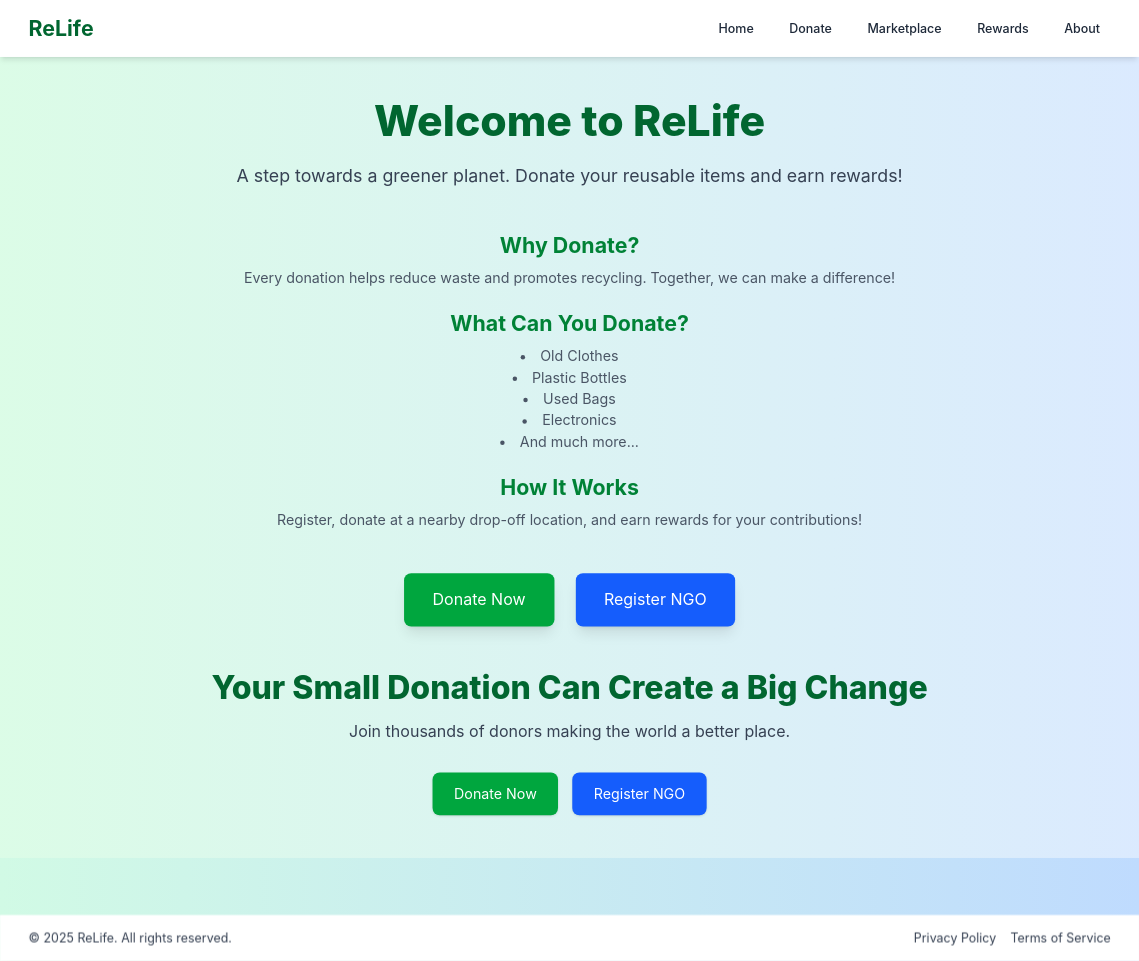
Repository: Harsh-verma24/edonation-drive
Page: / (app in frontend/)
An editor plug-in stored every save of this project. The page is shown before and after the next save, followed by the edit.
The browser window is 1280 px wide. The pictures show the whole page, at 89% of full size.
The project was rebuilt for these pictures with package versions that can differ from the ones it lists, and the page was loaded fresh each time. Also part of the build but not shown: frontend/vite.config.js, frontend/src/utils/axiosInstance.js, frontend/src/pages/Donate.jsx, frontend/src/pages/Rewards.jsx, frontend/src/pages/Marketplace.jsx, frontend/src/pages/About.jsx.

Above is the page before, as saved 2025-10-15 22:18:03.

### frontend/src/main.jsx
import { StrictMode } from 'react'
import { createRoot } from 'react-dom/client'
import './index.css'
import App from './App.jsx'
import { createBrowserRouter, RouterProvider } from 'react-router-dom';
import Navbar from './components/Navbar';
import Home from './pages/Home';
import Donate from './pages/Donate';
import Rewards from './pages/Rewards';
import Marketplace from './pages/Marketplace';
import About from './pages/About';

const router = createBrowserRouter([
  {
    path: '/',
    element: <App />, // Wrap all routes with App to include Navbar and Footer
    children: [
      { path: '/', element: <Home /> },
      { path: '/donate', element: <Donate /> },
      { path: '/rewards', element: <Rewards /> },
      { path: '/marketplace', element: <Marketplace /> },
      { path: '/about', element: <About /> }, // Add route for About page
    ],
  },
]);

createRoot(document.getElementById('root')).render(
  <StrictMode>
    <RouterProvider router={router} />
  </StrictMode>,
)

### frontend/src/index.css
@import "tailwindcss";

@layer base {
  :root {
    --primary-color: #16a34a; /* Green */
    --secondary-color: #2563eb; /* Blue */
    --background-gradient: linear-gradient(to right, #d1fae5, #bfdbfe);
    --text-color: #374151; /* Gray */
  }
}

body {
  background: var(--background-gradient);
  color: var(--text-color);
  font-family: 'Inter', sans-serif;
}

### frontend/src/App.jsx
import React from 'react';
import Navbar from './components/Navbar';
import Footer from './components/Footer';
import { Outlet } from 'react-router-dom';

function App() {
  return (
    <div className="relative min-h-screen">
      <Navbar />
      <main className="pt-16 pb-16">{/* Adjust padding to account for fixed Navbar and Footer */}
        <Outlet />
      </main>
      <Footer />
    </div>
  );
}

export default App;

### frontend/src/components/Navbar.jsx
import React, { useState } from 'react';
import { Menu, X } from 'lucide-react';

const Navbar = () => {
  const [isOpen, setIsOpen] = useState(false);

  const toggleDrawer = () => {
    setIsOpen(!isOpen);
  };

  return (
    <nav className="bg-white bg-opacity-30 backdrop-blur-md shadow-md fixed top-0 left-0 w-full z-50">
      <div className="max-w-7xl mx-auto px-4 sm:px-6 lg:px-8">
        <div className="flex items-center justify-between h-16">
          <div className="flex-shrink-0">
            <a href="/" className="text-2xl font-bold text-green-800">ReLife</a>
          </div>
          <div className="md:hidden">
            <button onClick={toggleDrawer} className="text-gray-800 hover:text-green-600 focus:outline-none">
              {isOpen ? <X size={24} /> : <Menu size={24} />}
            </button>
          </div>
          <div className={`md:flex md:items-center md:space-x-4 ${isOpen ? 'block' : 'hidden'} absolute md:static top-16 left-0 w-full md:w-auto bg-white md:bg-transparent shadow-md md:shadow-none`}>
            <a href="/" className="block text-gray-800 hover:text-green-600 px-3 py-2 rounded-md text-sm font-medium">Home</a>
            <a href="/donate" className="block text-gray-800 hover:text-green-600 px-3 py-2 rounded-md text-sm font-medium">Donate</a>
            <a href="/marketplace" className="block text-gray-800 hover:text-green-600 px-3 py-2 rounded-md text-sm font-medium">Marketplace</a>
            <a href="/rewards" className="block text-gray-800 hover:text-green-600 px-3 py-2 rounded-md text-sm font-medium">Rewards</a>
            <a href="/about" className="block text-gray-800 hover:text-green-600 px-3 py-2 rounded-md text-sm font-medium">About</a>
          </div>
        </div>
      </div>
    </nav>
  );
};

export default Navbar;

### frontend/src/pages/Home.jsx
import React from 'react';
import { motion } from 'framer-motion';

const Home = () => {
  return (
    <div className="p-12 bg-gradient-to-r from-green-100 to-blue-100 min-h-screen">
      <motion.div
        className="text-center max-w-4xl mx-auto"
        initial={{ opacity: 0, y: -50 }}
        animate={{ opacity: 1, y: 0 }}
        transition={{ duration: 0.8 }}
      >
        <h1 className="text-5xl font-extrabold text-green-800">Welcome to ReLife</h1>
        <p className="mt-6 text-gray-700 text-xl">A step towards a greener planet. Donate your reusable items and earn rewards!</p>
        <div className="mt-12 text-center">
          <h2 className="text-2xl font-bold text-green-700">Why Donate?</h2>
          <p className="mt-2 text-gray-600">Every donation helps reduce waste and promotes recycling. Together, we can make a difference!</p>
          <h2 className="mt-6 text-2xl font-bold text-green-700">What Can You Donate?</h2>
          <ul className="mt-2 text-gray-600 list-disc list-inside">
            <li>Old Clothes</li>
            <li>Plastic Bottles</li>
            <li>Used Bags</li>
            <li>Electronics</li>
            <li>And much more...</li>
          </ul>
          <h2 className="mt-6 text-2xl font-bold text-green-700">How It Works</h2>
          <p className="mt-2 text-gray-600">Register, donate at a nearby drop-off location, and earn rewards for your contributions!</p>
        </div>
        <div className="mt-12 flex justify-center space-x-6">
          <motion.a
            href="/donate"
            className="bg-green-600 text-white px-8 py-4 rounded-lg shadow-lg hover:bg-green-700 text-lg"
            whileHover={{ scale: 1.1 }}
          >
            Donate Now
          </motion.a>
          <motion.a
            href="/register-ngo"
            className="bg-blue-600 text-white px-8 py-4 rounded-lg shadow-lg hover:bg-blue-700 text-lg"
            whileHover={{ scale: 1.1 }}
          >
            Register NGO
          </motion.a>
        </div>
        <div className="mt-12 text-center">
          <h1 className="text-4xl font-extrabold text-green-800">Your Small Donation Can Create a Big Change</h1>
          <p className="mt-4 text-gray-700 text-lg">Join thousands of donors making the world a better place.</p>
          <div className="mt-8 flex justify-center space-x-4">
            <motion.a
              href="/donate"
              className="bg-green-600 text-white px-6 py-3 rounded-lg shadow hover:bg-green-700"
              whileHover={{ scale: 1.1 }}
            >
              Donate Now
            </motion.a>
            <motion.a
              href="/register-ngo"
              className="bg-blue-600 text-white px-6 py-3 rounded-lg shadow hover:bg-blue-700"
              whileHover={{ scale: 1.1 }}
            >
              Register NGO
            </motion.a>
          </div>
        </div>
      </motion.div>
    </div>
  );
};

export default Home;

### frontend/src/components/Footer.jsx
import React from 'react';

const Footer = () => {
  return (
    <footer className="bg-white bg-opacity-30 backdrop-blur-md shadow-md relative bottom-0 left-0 w-full">
      <div className="max-w-7xl mx-auto px-4 sm:px-6 lg:px-8 py-4">
        <div className="flex justify-between items-center">
          <p className="text-gray-700 text-sm">&copy; 2025 ReLife. All rights reserved.</p>
          <div className="flex space-x-4">
            <a href="#" className="text-gray-700 hover:text-green-600 text-sm">Privacy Policy</a>
            <a href="#" className="text-gray-700 hover:text-green-600 text-sm">Terms of Service</a>
          </div>
        </div>
      </div>
    </footer>
  );
};

export default Footer;

Loaded but not shown: frontend/index.html (common file)

After the next save:
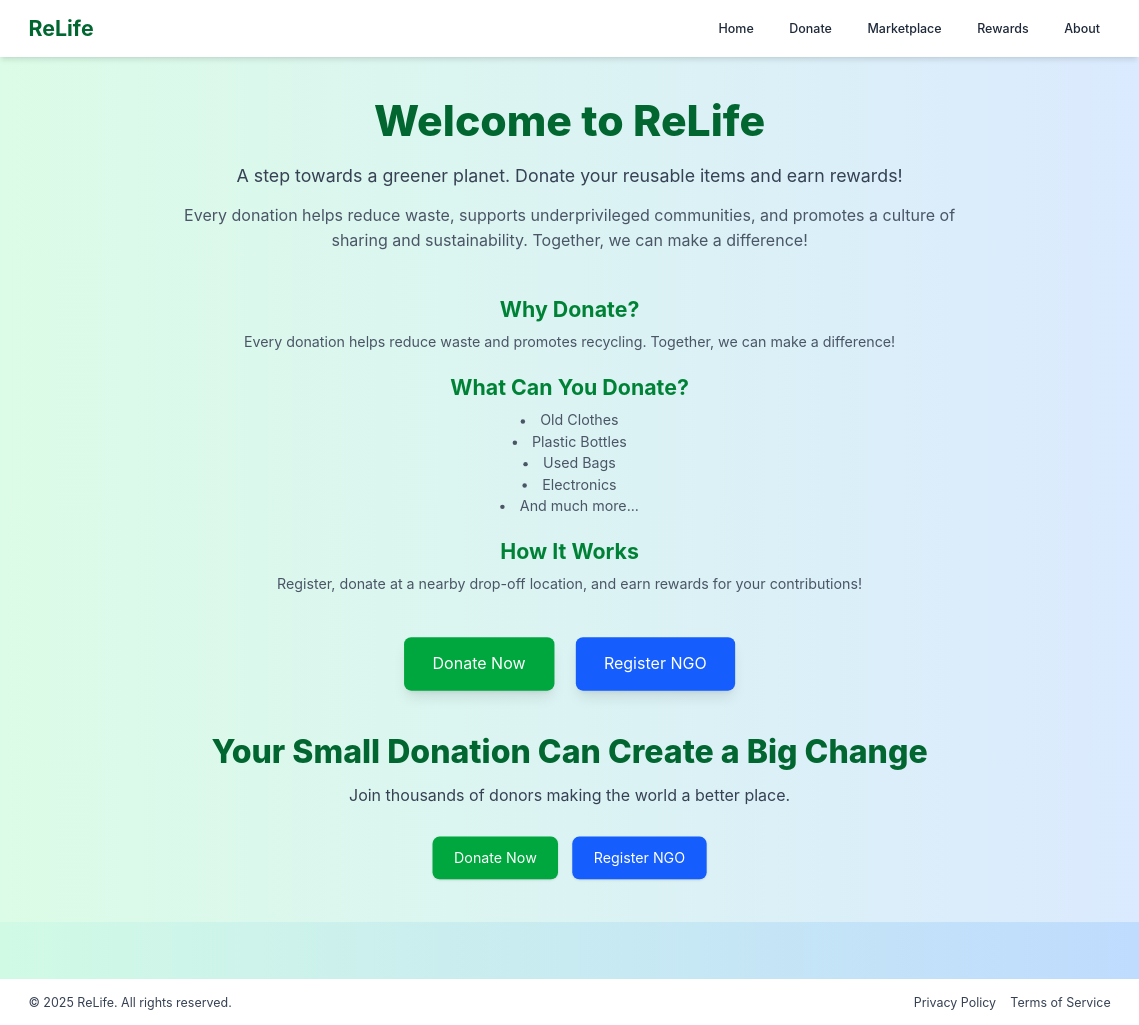
Saved 27 s later.
--- a/frontend/src/pages/Home.jsx
+++ b/frontend/src/pages/Home.jsx
@@ -12,6 +12,7 @@ const Home = () => {
       >
         <h1 className="text-5xl font-extrabold text-green-800">Welcome to ReLife</h1>
         <p className="mt-6 text-gray-700 text-xl">A step towards a greener planet. Donate your reusable items and earn rewards!</p>
+        <p className="mt-4 text-gray-600 text-lg">Every donation helps reduce waste, supports underprivileged communities, and promotes a culture of sharing and sustainability. Together, we can make a difference!</p>
         <div className="mt-12 text-center">
           <h2 className="text-2xl font-bold text-green-700">Why Donate?</h2>
           <p className="mt-2 text-gray-600">Every donation helps reduce waste and promotes recycling. Together, we can make a difference!</p>
